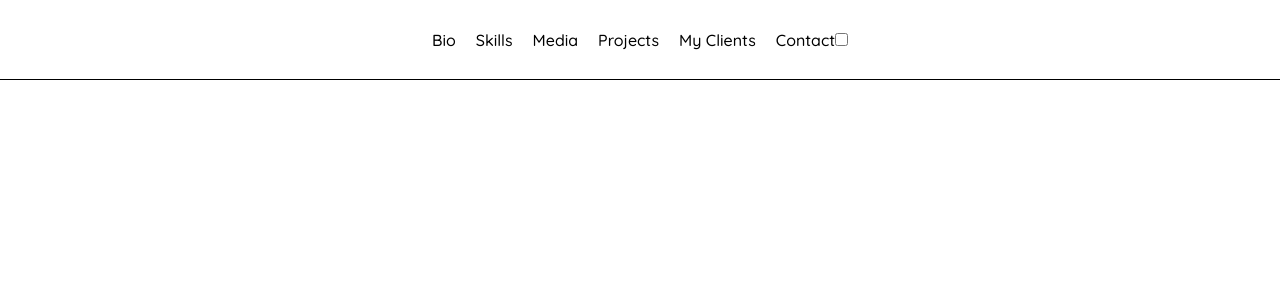
Repository: benarafa1/personal-website
Page: index.html
The author's editor kept a copy of each file at every save. The page is drawn from the files as they stood at one save, then again after the next save.
The browser window is 1280 px wide. The pictures show the whole page.

Above is the page before, as saved 2025-04-11 16:56:07.

After the next save:
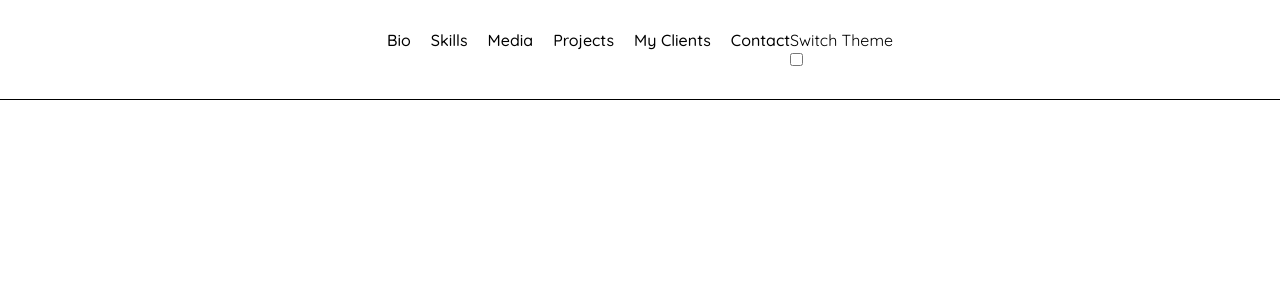
Saved 35 s later.
--- a/index.html
+++ b/index.html
@@ -28,7 +28,7 @@
           </ul>
         </nav>
         <div class="toggle">
-          <h3></h3>
+          <h3>Switch Theme</h3>
           <input type="checkbox" name="toggle-checkbox" id="chekbox" />
           <label for="chekbox"></label>
         </div>
